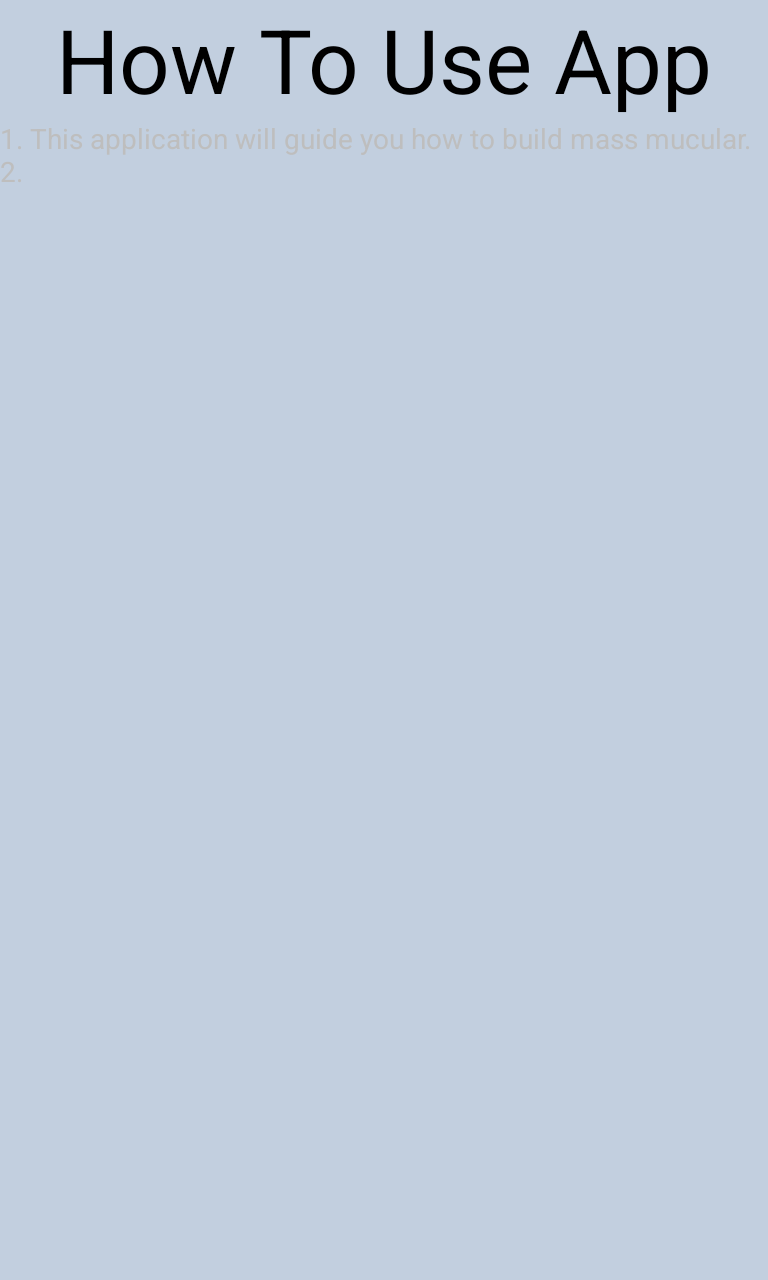
Repository: parinya1968/My-project
Layout: DroidWork/getBig/res/layout/howto.xml
These files come from the project's save history. The layout is drawn as it stood at one moment and after a run of saves; the edit follows.
It is drawn on a 768 x 1280 px phone screen (xhdpi) without system bars, with theme android:Theme.NoTitleBar.Fullscreen; the app's code is not run.

Above is the layout before, as saved 2012-06-20 04:55:16.

After the next 2 saves:
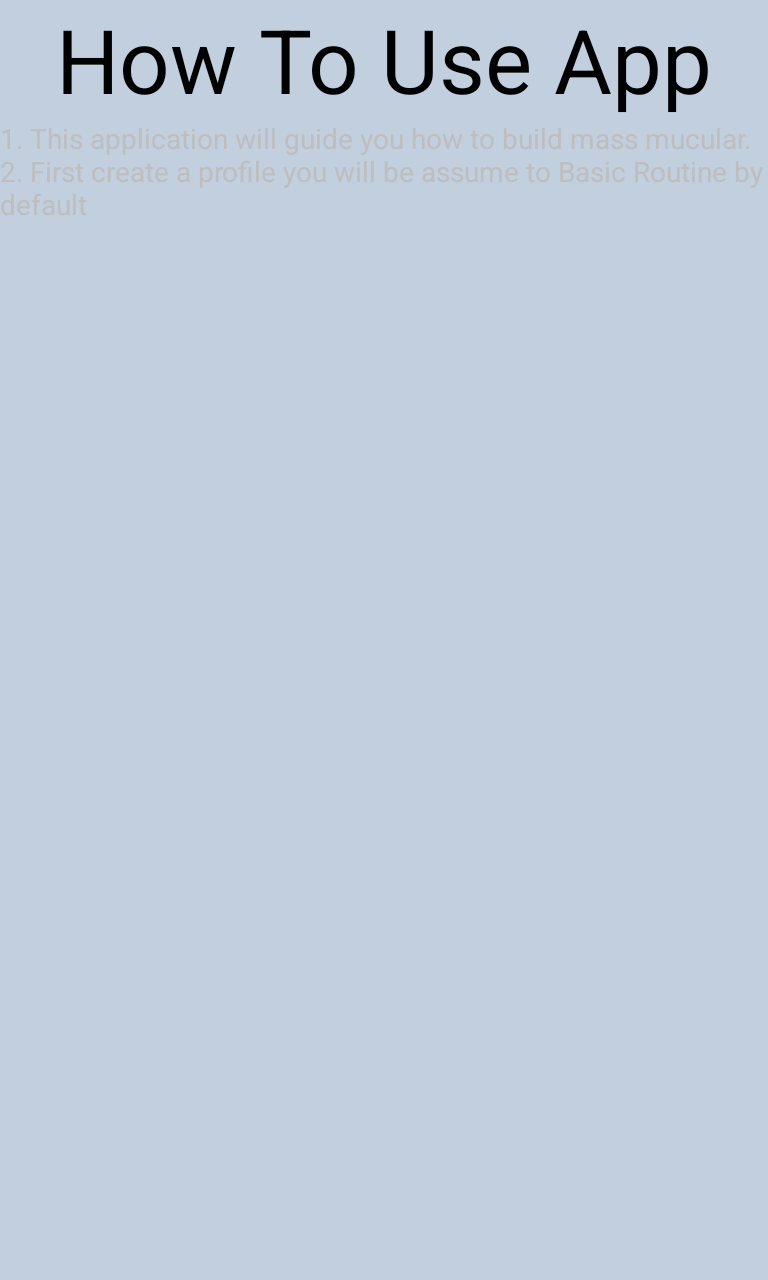
The 2 saves are shown as one change because 1 did not build or start.
The last was saved 51 s later.
--- a/DroidWork/getBig/res/layout/howto.xml
+++ b/DroidWork/getBig/res/layout/howto.xml
@@ -20,6 +20,6 @@
         android:layout_height="wrap_content"
         android:layout_gravity="left"
         android:text="1. This application will guide you how to build mass mucular.
-        2." />
+        2. First create a profile you will be assume to Basic Routine by default" />
 
 </LinearLayout>
